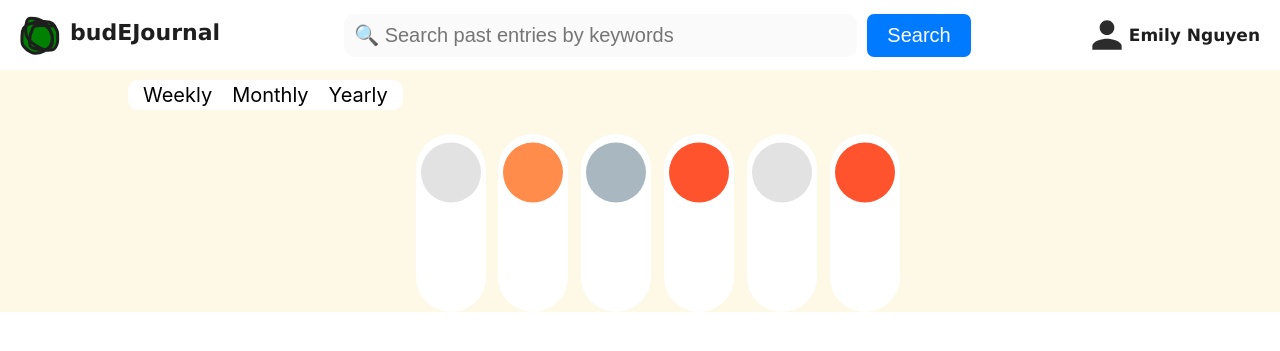
Repository: BaileyLuu/budejournal
Page: /
These files come from the project's save history. The page is drawn as it stood at one moment and after the next save; the edit follows.
The browser window is 1280 px wide. The pictures show the whole page.
The project was rebuilt for these pictures with package versions that can differ from the ones it lists, and the page was loaded fresh each time. Also part of the build but not shown: src/pages/Home.js.

Above is the page before, as saved 2023-09-16 21:35:07.

After the next save:
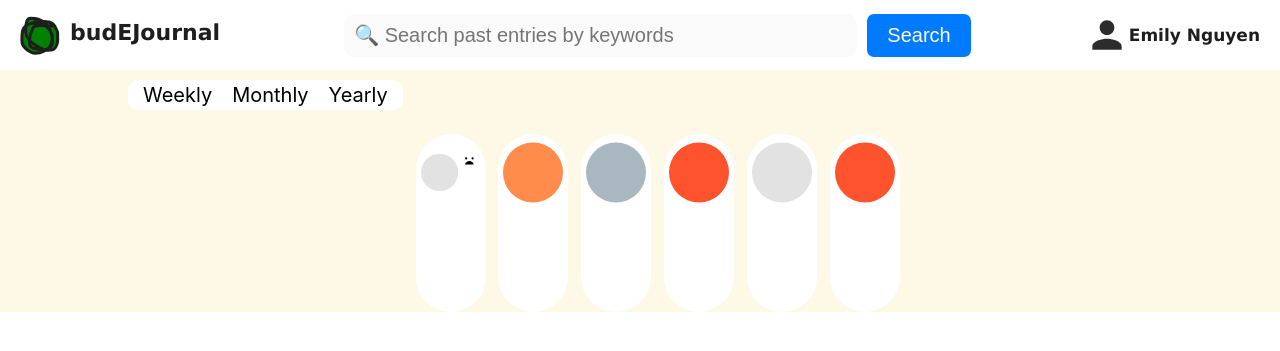
Saved 19 s later.
--- a/src/components/Emoji.js
+++ b/src/components/Emoji.js
@@ -17,6 +17,11 @@
                     <svg xmlns="http://www.w3.org/2000/svg" width="67" height="67" viewBox="0 0 67 67" fill="none">
                         <circle cx="33.5" cy="33.5" r="33.5" fill="#E2E2E2" />
                     </svg>
+                    <svg xmlns="http://www.w3.org/2000/svg" width="41" height="41" viewBox="0 0 41 41" fill="none">
+  <path d="M14.7344 20.5C15.7958 20.5 16.6562 19.6395 16.6562 18.5781C16.6562 17.5167 15.7958 16.6562 14.7344 16.6562C13.673 16.6562 12.8125 17.5167 12.8125 18.5781C12.8125 19.6395 13.673 20.5 14.7344 20.5Z" fill="black"/>
+  <path d="M20.5 23.0625C24.1371 23.0625 27.1961 25.4272 28.1643 28.6544C28.1915 28.7507 28.1957 28.8521 28.1766 28.9504C28.1575 29.0487 28.1156 29.1411 28.0543 29.2203C27.9931 29.2995 27.9141 29.3632 27.8237 29.4064C27.7334 29.4495 27.6342 29.4709 27.5341 29.4688H13.4651C13.3654 29.4702 13.2666 29.4484 13.1768 29.405C13.0869 29.3616 13.0085 29.2978 12.9477 29.2187C12.8868 29.1396 12.8453 29.0474 12.8265 28.9494C12.8076 28.8514 12.8118 28.7504 12.8389 28.6544C13.7991 25.4272 16.8588 23.0625 20.5 23.0625Z" fill="black"/>
+  <path d="M26.2656 20.5C27.327 20.5 28.1875 19.6395 28.1875 18.5781C28.1875 17.5167 27.327 16.6562 26.2656 16.6562C25.2042 16.6562 24.3438 17.5167 24.3438 18.5781C24.3438 19.6395 25.2042 20.5 26.2656 20.5Z" fill="black"/>
+</svg>
                 </div>
                 <div className="emoji-mood">
                     <svg xmlns="http://www.w3.org/2000/svg" width="67" height="67" viewBox="0 0 67 67" fill="none">
